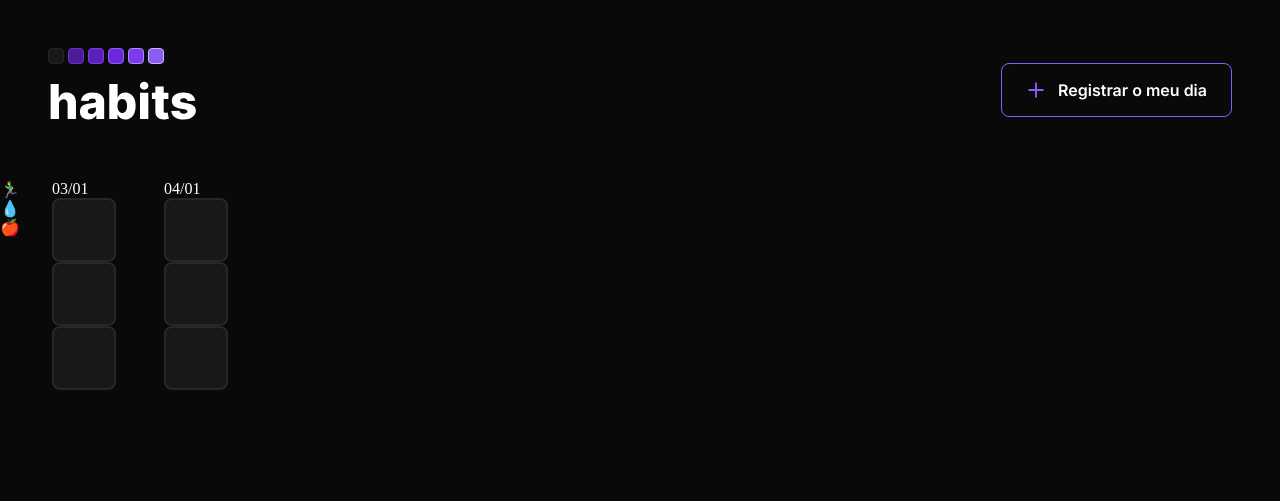
Repository: AntonyCosta/nlw-setup
Page: index.html
An editor plug-in stored every save of this project. The page is shown before and after the next save, followed by the edit.
The browser window is 1280 px wide. The pictures show the whole page.

Above is the page before, as saved 2023-01-18 03:52:27.

### index.html
<!DOCTYPE html>
<html lang="pt-br">
  <head>
    <meta charset="UTF-8" />
    <meta http-equiv="X-UA-Compatible" content="IE=edge" />
    <meta name="viewport" content="width=device-width, initial-scale=1.0" />
    <link rel="preconnect" href="https://fonts.googleapis.com" />
    <link rel="preconnect" href="https://fonts.gstatic.com" crossorigin />
    <link
      href="https://fonts.googleapis.com/css2?family=Inter:wght@600&display=swap"
      rel="stylesheet"
    />
    <link rel="stylesheet" href="style.css" />
    <title>Habits</title>
  </head>
  <body>
    <header>
      <img src="./assets/logo.svg" alt="" />
      <button>
        <img src="./assets/plus.svg" alt="" />
        Registrar o meu dia
      </button>
    </header>

    <form>
      <div class="habits">
        <div class="habit">🏃‍♂️</div>
        <div class="habit">💧</div>
        <div class="habit">🍎</div>
      </div>

      <div class="days">
        <div class="day">
          <div>03/01</div>
          <input type="checkbox" name="run" />
          <input type="checkbox" name="water" />
          <input type="checkbox" name="food" />
        </div>

        <div class="day">
          <div>04/01</div>
          <input type="checkbox" name="run" />
          <input type="checkbox" name="water" />
          <input type="checkbox" name="food" />
        </div>
      </div>
    </form>
  </body>
</html>

### style.css
* {
  margin: 0;
  padding: 0;
  box-sizing: border-box;
}

body {
  background-color: #09090a;
  color: white;

  /* display: grid;
  place-items: center; */

  height: 100vh;
}

header {
  display: flex;
  align-items: center;
  justify-content: space-between;

  padding: 48px;
}

button {
  padding: 16px 24px;
  border: 1px solid #8b5cf6;
  border-radius: 8px;
  background: transparent;
  color: #ffffff;

  display: flex;
  align-items: center;
  gap: 12px;

  font-family: "Inter", arial, sans-serif;
  font-weight: 600;
  font-size: 16px;
  line-height: 125%;
}

form {
  display: flex;
}

.days {
  display: flex;
  gap: 48px;
  margin-left: 32px;
}

.day {
  display: flex;
  flex-direction: column;
}

input {
  appearance: none;
  -webkit-appearance: none;

  width: 64px;
  height: 64px;

  border: 2px solid #27272a;
  border-radius: 8px;

  background: #18181b;
}

input:checked {
  background: #8b5cf6;
  border: 2px solid #a78bfa;
}

After the next save:
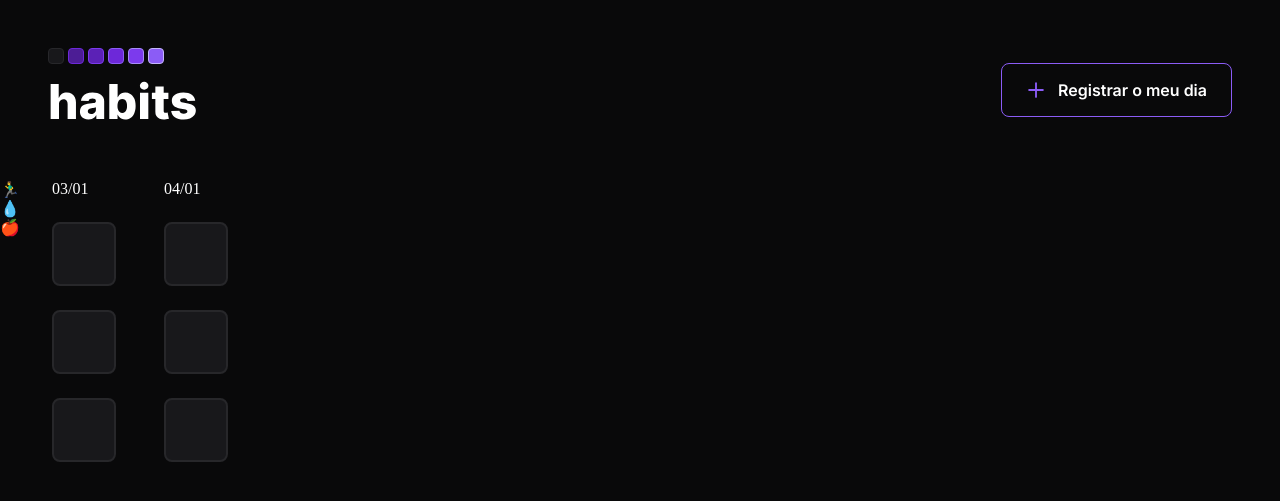
Saved 15 s later.
--- a/style.css
+++ b/style.css
@@ -52,6 +52,7 @@ form {
 .day {
   display: flex;
   flex-direction: column;
+  gap: 24px;
 }
 
 input {
